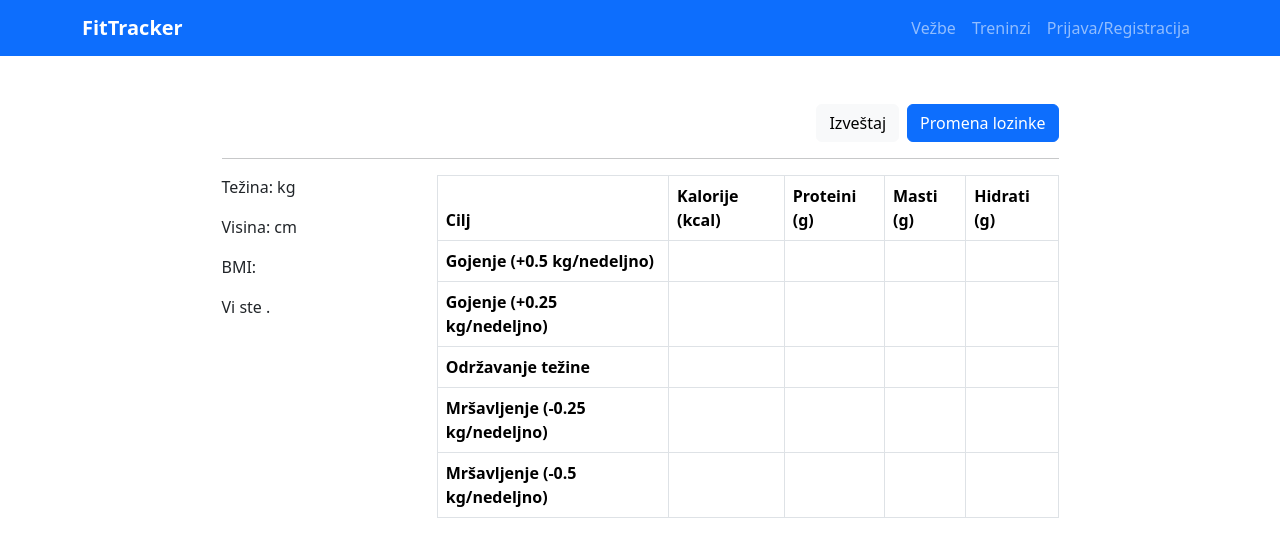
Repository: M1K1B/FitTracker
Page: http://localhost/FitTrackerWeb/profil.jsp
An editor plug-in stored every save of this project. The page is shown before and after the next save, followed by the edit.
The browser window is 1280 px wide. The pictures show the whole page.
The page is served by Tomcat 9. Other server files are loaded and not shown. The template is opened directly, without the code that normally fills it, so the values that code supplies are empty.

Above is the page before, as saved 2024-02-06 13:52:10.

### FitTrackerWeb/src/main/webapp/profil.jsp
<%@ page language="java" contentType="text/html; charset=UTF-8"
	pageEncoding="UTF-8"%>
<%@ taglib prefix="c" uri="http://java.sun.com/jsp/jstl/core"%>
<%@ taglib prefix="fn" uri="http://java.sun.com/jsp/jstl/functions"%>

<!DOCTYPE html>
<html>
<head>
<meta charset="UTF-8">
<meta name="viewport"
	content="width=device-width, initial-scale=1, shrink-to-fit=no">
<!-- Bootstrap CSS - Include the CSS file or use a CDN link -->
<link
	href="https://cdn.jsdelivr.net/npm/bootstrap@5.3.2/dist/css/bootstrap.min.css"
	rel="stylesheet"
	integrity="sha384-T3c6CoIi6uLrA9TneNEoa7RxnatzjcDSCmG1MXxSR1GAsXEV/Dwwykc2MPK8M2HN"
	crossorigin="anonymous">

<style>
.card {
	text-decoration: none;
}

.card:hover {
	background-color: #fafafa;
	cursor: pointer;
}
</style>
</head>
<body>
	<%@include file="header.jsp"%>

	<div class="container mt-5">
		<div class="col-9 mx-auto">
			<div class="d-flex align-items-center">
				<div>
					<h3 class="h3">${ korisnik.ime }${ korisnik.prezime }</h3>
					<p>${ korisnik.email }</p>
				</div>
				<div class="flex-grow-1"></div>
				<a class="btn btn-light">Izveštaj</a>
				<a class="btn btn-primary ms-2">Promena lozinke</a>
			</div>
			<hr>
			<div class="row">
				<div class="col-3">
					<p>Težina: ${ korisnik.tezina } kg</p>
					<p>Visina: ${ korisnik.visina } cm</p>
					<p>BMI: ${ korisnik.bmi }</p>
					<p>
						Vi ste <span class="text-decoration-underline">${ korisnik.status }</span>.
					</p>
				</div>
				<div class="col-9">

					<table class="table table-bordered">
						<thead>
							<tr>
								<th scope="col">Cilj</th>
								<th scope="col">Kalorije (kcal)</th>
								<th scope="col">Proteini (g)</th>
								<th scope="col">Masti (g)</th>
								<th scope="col">Hidrati (g)</th>
							</tr>
						</thead>
						<tbody>
							<tr>
								<th scope="row">Gojenje (+0.5 kg/nedeljno)</th>
								<td>${ korisnik.macros[0][0] }</td>
								<td>${ korisnik.macros[0][1] }</td>
								<td>${ korisnik.macros[0][2] }</td>
								<td>${ korisnik.macros[0][3] }</td>
							</tr>
							<tr>
								<th scope="row">Gojenje (+0.25 kg/nedeljno)</th>
								<td>${ korisnik.macros[1][0] }</td>
								<td>${ korisnik.macros[1][1] }</td>
								<td>${ korisnik.macros[1][2] }</td>
								<td>${ korisnik.macros[1][3] }</td>
							</tr>
							<tr>
								<th scope="row">Održavanje težine</th>
								<td>${ korisnik.macros[2][0] }</td>
								<td>${ korisnik.macros[2][1] }</td>
								<td>${ korisnik.macros[2][2] }</td>
								<td>${ korisnik.macros[2][3] }</td>
							</tr>
							<tr>
								<th scope="row">Mršavljenje (-0.25 kg/nedeljno)</th>
								<td>${ korisnik.macros[3][0] }</td>
								<td>${ korisnik.macros[3][1] }</td>
								<td>${ korisnik.macros[3][2] }</td>
								<td>${ korisnik.macros[3][3] }</td>
							</tr>
							<tr>
								<th scope="row">Mršavljenje (-0.5 kg/nedeljno)</th>
								<td>${ korisnik.macros[4][0] }</td>
								<td>${ korisnik.macros[4][1] }</td>
								<td>${ korisnik.macros[4][2] }</td>
								<td>${ korisnik.macros[4][3] }</td>
							</tr>
						</tbody>
					</table>
				</div>
			</div>

		</div>
	</div>

	<!-- Your Content Goes Here -->
	<script
		src="https://cdn.jsdelivr.net/npm/bootstrap@5.3.2/dist/js/bootstrap.bundle.min.js"
		integrity="sha384-C6RzsynM9kWDrMNeT87bh95OGNyZPhcTNXj1NW7RuBCsyN/o0jlpcV8Qyq46cDfL"
		crossorigin="anonymous"></script>
</body>
</html>

### FitTrackerWeb/src/main/webapp/header.jsp
<%@ page language="java" contentType="text/html; charset=UTF-8"
	pageEncoding="UTF-8"%>
<!DOCTYPE html>
<html>
<head>
<meta charset="UTF-8">
<meta name="viewport"
	content="width=device-width, initial-scale=1, shrink-to-fit=no">
<!-- Bootstrap CSS - Include the CSS file or use a CDN link -->
<link
	href="https://cdn.jsdelivr.net/npm/bootstrap@5.3.2/dist/css/bootstrap.min.css"
	rel="stylesheet"
	integrity="sha384-T3c6CoIi6uLrA9TneNEoa7RxnatzjcDSCmG1MXxSR1GAsXEV/Dwwykc2MPK8M2HN"
	crossorigin="anonymous">
</head>
<body>

	<!-- Bootstrap Navbar -->
	<nav class="navbar navbar-dark navbar-expand-lg bg-primary">
		<div class="container">
			<a class="navbar-brand" href="/FitTracker/vezbe/sveVezbe"><strong>FitTracker</strong></a>
			<button class="navbar-toggler" type="button"
				data-bs-toggle="collapse" data-bs-target="#navbarSupportedContent"
				aria-controls="navbarSupportedContent" aria-expanded="false"
				aria-label="Toggle navigation">
				<span class="navbar-toggler-icon"></span>
			</button>
			<div class="collapse navbar-collapse" id="navbarSupportedContent">
				<ul class="navbar-nav ms-auto mb-2 mb-lg-0">
					<li class="nav-item"><a class="nav-link"
						aria-current="page" href="/FitTracker/vezbe/sveVezbe">Vežbe</a></li>
					<li class="nav-item"><a class="nav-link"
						href="/FitTracker/treninzi/sviTreninzi">Treninzi</a></li>
					<c:if test="${pageContext.request.userPrincipal.name == null}">
					<li class="nav-item"><a class="nav-link"
						href="/FitTracker/login">Prijava/Registracija</a></li>

					</c:if>
					<c:if test="${pageContext.request.userPrincipal.name != null}">
						<li class="nav-item dropdown">
					<a
						class="nav-link dropdown-toggle" href="#" role="button"
						data-bs-toggle="dropdown" aria-expanded="false">

						${ pageContext.request.userPrincipal.name }
					</a>
						<ul class="dropdown-menu">
							<li><a class="dropdown-item"
								href="/FitTracker/profil">Moj profil</a></li>
							<li><hr class="dropdown-divider"></li>
							<li><a class="dropdown-item text-danger"
								href="/FitTracker/logout">Izlogujte se</a></li>
						</ul></li>
					</c:if>

			</div>
		</div>
	</nav>

	<!-- Your Content Goes Here -->
	<!-- <script src="https://cdn.jsdelivr.net/npm/bootstrap@5.3.2/dist/js/bootstrap.bundle.min.js" integrity="sha384-C6RzsynM9kWDrMNeT87bh95OGNyZPhcTNXj1NW7RuBCsyN/o0jlpcV8Qyq46cDfL" crossorigin="anonymous"></script> -->
</body>
</html>

After the next save:
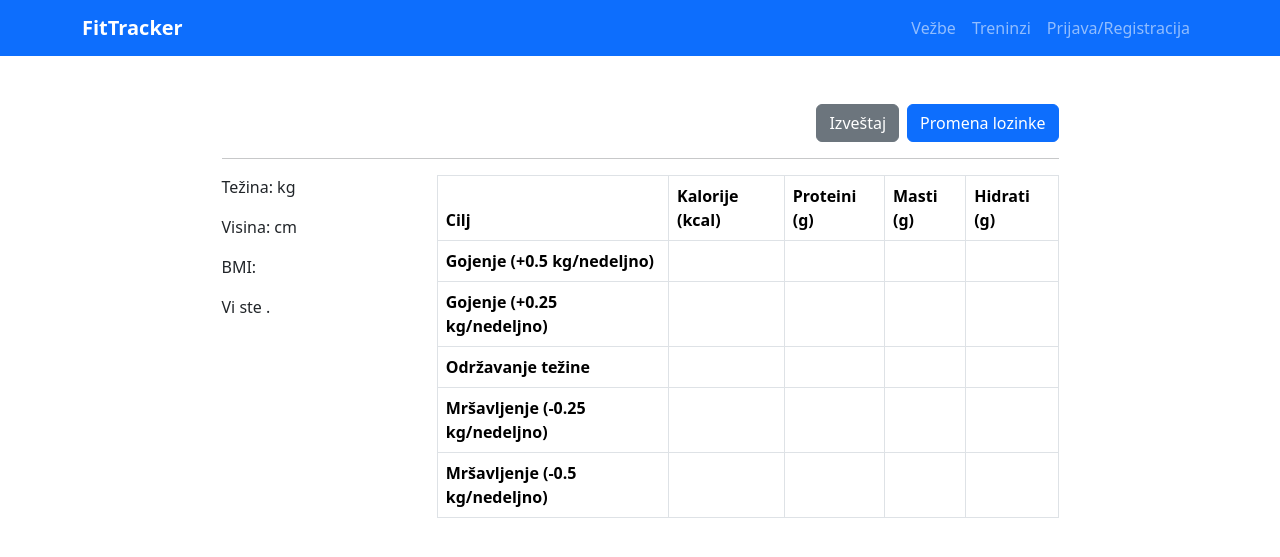
Saved 34 s later.
--- a/FitTrackerWeb/src/main/webapp/profil.jsp
+++ b/FitTrackerWeb/src/main/webapp/profil.jsp
@@ -38,7 +38,7 @@
 					<p>${ korisnik.email }</p>
 				</div>
 				<div class="flex-grow-1"></div>
-				<a class="btn btn-light">Izveštaj</a>
+				<a class="btn btn-secondary">Izveštaj</a>
 				<a class="btn btn-primary ms-2">Promena lozinke</a>
 			</div>
 			<hr>
